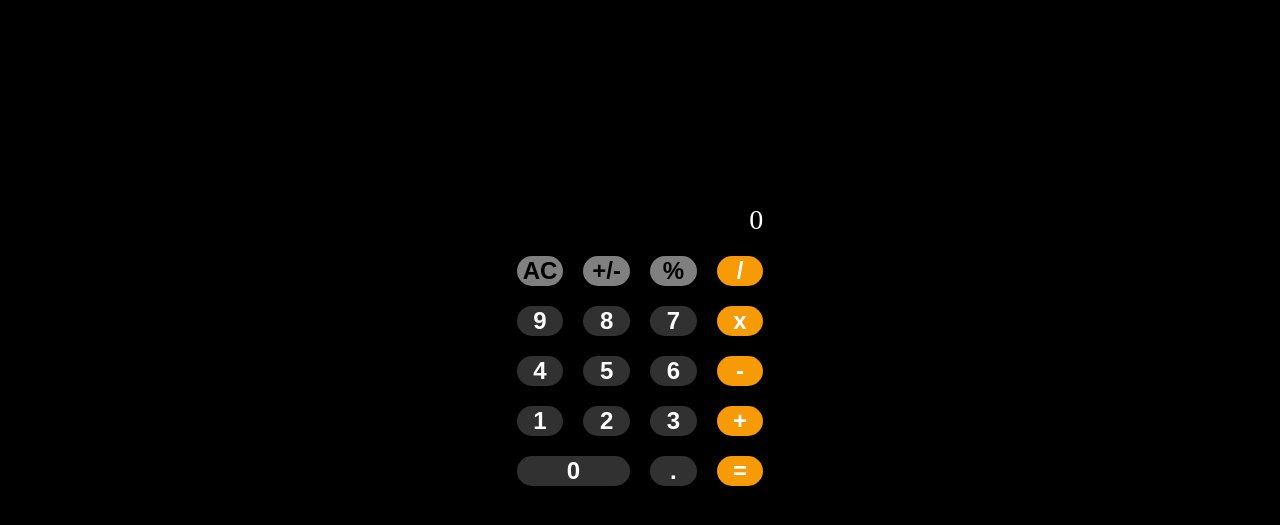
Repository: ble-syn/reactCalculator
Page: /
These files come from the project's save history. The page is drawn as it stood at one moment and after the next save; the edit follows.
The browser window is 1280 px wide. The pictures show the whole page.
The project was rebuilt for these pictures with package versions that can differ from the ones it lists, and the page was loaded fresh each time.

Above is the page before, as saved 2022-10-06 13:35:27.

After the next save:
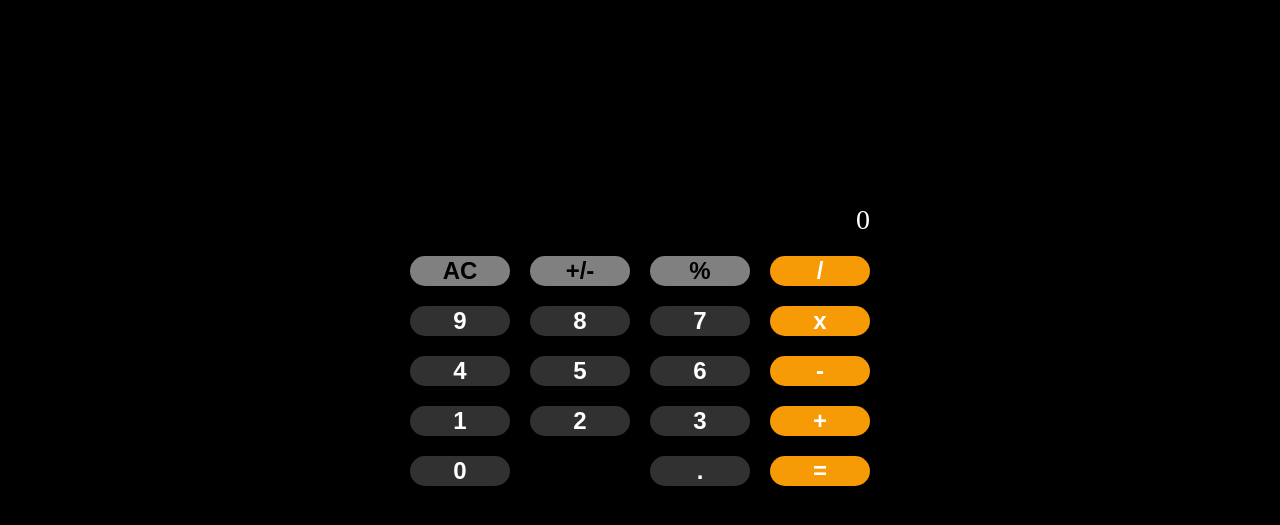
Saved 19 s later.
--- a/src/index.css
+++ b/src/index.css
@@ -33,7 +33,7 @@ body{
   margin: 10px;
 }
 button {
-  /* padding: 20px 15px; */
+  width: 100px;
   outline: none;
   border-radius: 50px;
   font-weight: 700;
